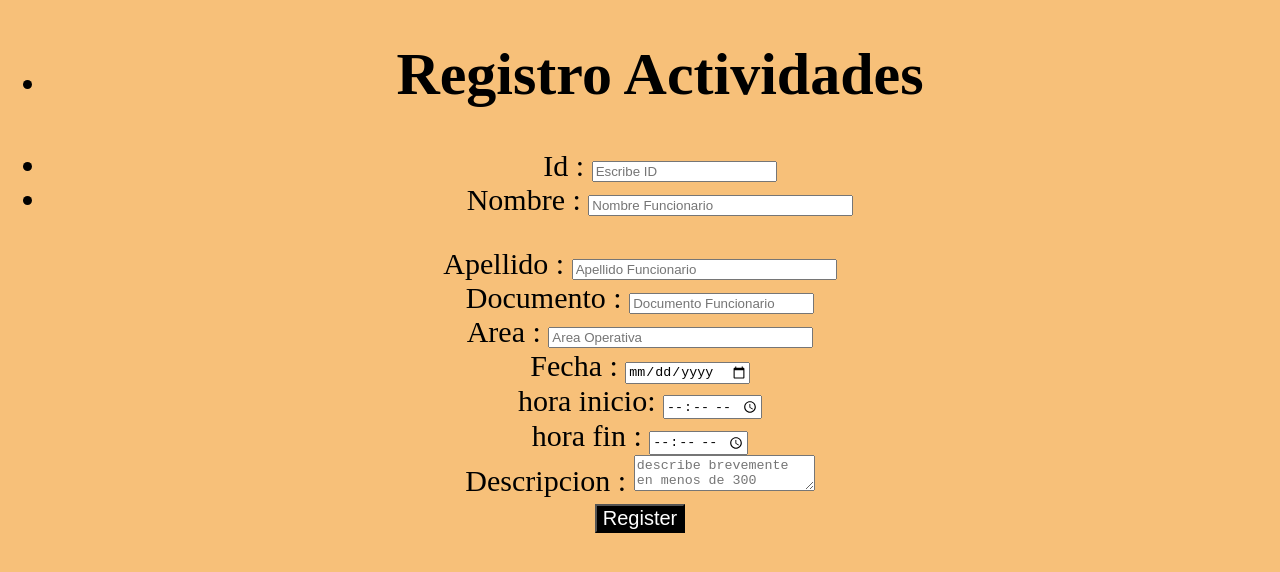
Repository: Yale2024/repo-registro-act
Page: templates/register.html
An editor plug-in stored every save of this project. The page is shown before and after the next save, followed by the edit.
The browser window is 1280 px wide. The pictures show the whole page.

Above is the page before, as saved 2024-09-15 07:48:49.

After the next save:
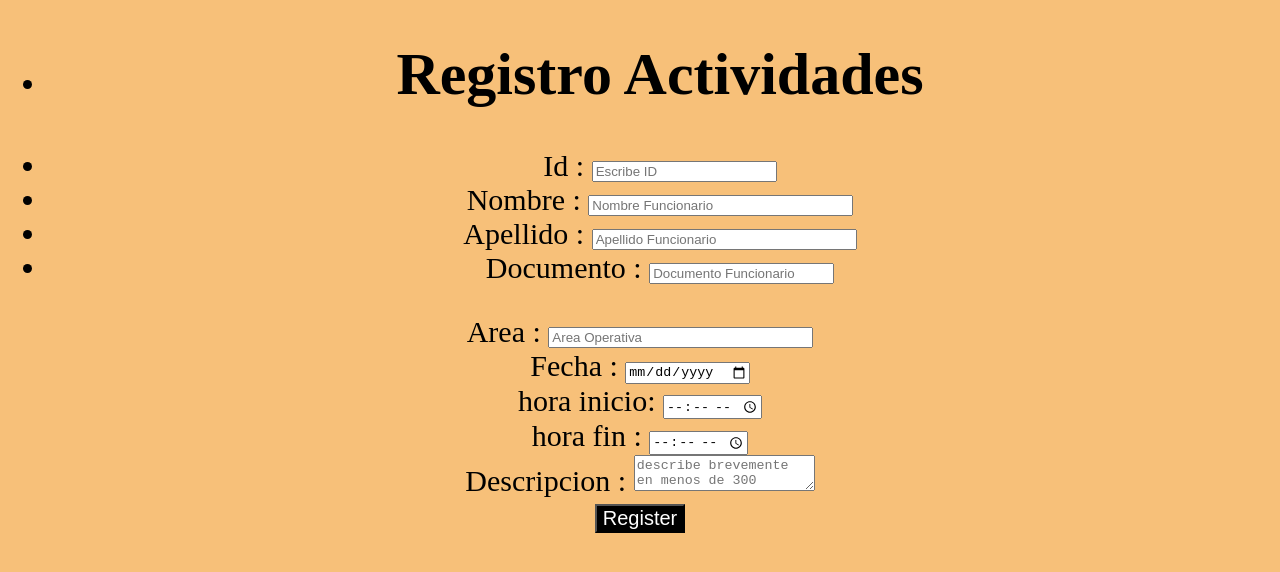
Saved 77 s later.
--- a/templates/register.html
+++ b/templates/register.html
@@ -25,14 +25,20 @@
                     <label for="nombre">Nombre :</label>
                     <input type="text" size="30" name="nombre" id="nombre" placeholder="Nombre Funcionario" required /> <br>
                 </li>
+                <li>
+                    <label for="apellido">Apellido :</label>
+                    <input type="text" size="30" name="apellido" id="apellido" placeholder="Apellido Funcionario" required /> <br>
+                </li>
+                <li>
+                    <label for="documento">Documento  :</label>
+                    <input type="number" size="30" name="documento" id="documento" placeholder="Documento Funcionario" required /> <br>
+                </li>
             </ul>
         </div>
 
 
-        <label for="apellido">Apellido :</label>
-        <input type="text" size="30" name="apellido" id="apellido" placeholder="Apellido Funcionario" required /> <br>
-        <label for="documento">Documento  :</label>
-        <input type="number" size="30" name="documento" id="documento" placeholder="Documento Funcionario" required /> <br>
+
+
         <label for="are">Area      :</label>
         <input type ="text" size="30" name="area" id="area" placeholder="Area Operativa" required /> <br>
         <label for="fecha">Fecha     :</label>
